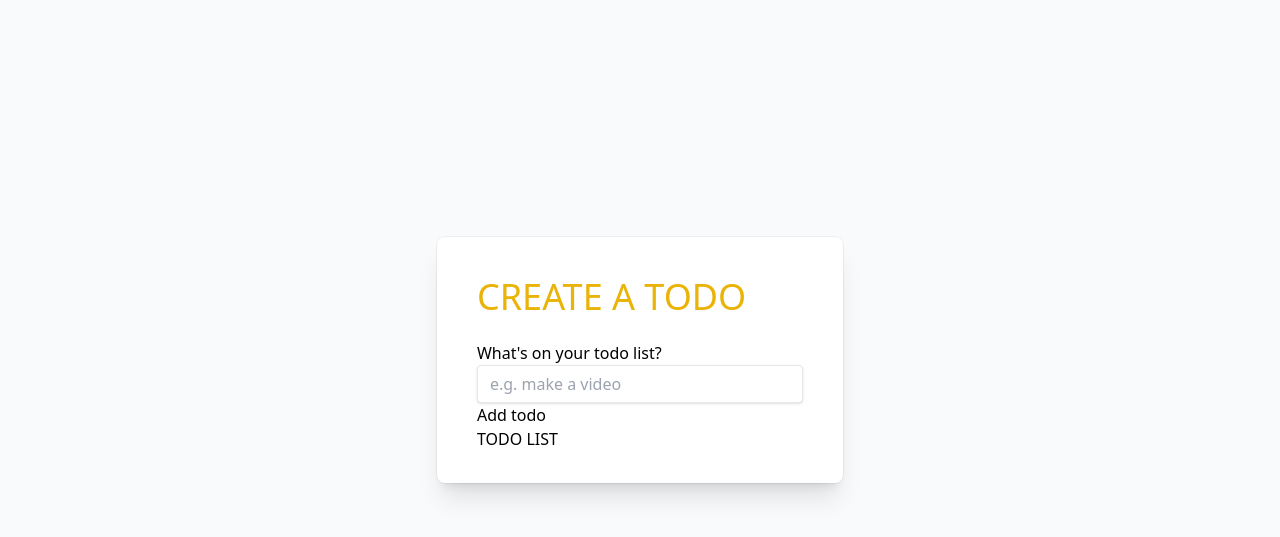
Repository: Kajo-lab/vue-todo
Page: /
The author's editor kept a copy of each file at every save. The page is drawn from the files as they stood at one save, then again after the next save.
The browser window is 1280 px wide. The pictures show the whole page.
The project was rebuilt for these pictures with package versions that can differ from the ones it lists, and the page was loaded fresh each time. Also part of the build but not shown: vite.config.js, webpack.config.js.

Above is the page before, as saved 2022-07-07 16:35:18.

### src/main.js
import { createApp } from 'vue'
import App from './App.vue'
import "./assets/tailwind.css";

createApp(App).mount('#app')

### src/App.vue
<script setup>
import { ref, onMounted, computed, watch } from 'vue'

const todos = ref([])
const name = ref('')

const input_content = ref('')

const todos_asc = computed(() => todos.value.sort((a,b) =>{
	return a.createdAt - b.createdAt
}))

watch(name, (newVal) => {
	localStorage.setItem('name', newVal)
})

watch(todos, (newVal) => {
	localStorage.setItem('todos', JSON.stringify(newVal))
}, {
	deep: true
})

const addTodo = () => {
  if (input_content.value.trim() === '') {
    return
  }

	todos.value.push({
		content: input_content.value,
		done: false,
		editable: false,
		createdAt: new Date().getTime()
	})
}

const removeTodo = (todo) => {
	todos.value = todos.value.filter((t) => t !== todo)
}

onMounted(() => {
	name.value = localStorage.getItem('name') || ''
	todos.value = JSON.parse(localStorage.getItem('todos')) || []
})
</script>

<template>

<main class="relative flex min-h-screen flex-col justify-center overflow-hidden bg-gray-50 py-6 sm:py-12">
	<div class="relative bg-white px-6 pt-10 pb-8 shadow-xl ring-1 ring-gray-900/5 sm:mx-auto sm:max-w-lg sm:rounded-lg sm:px-10">
		<section class="create-todo">
		<h1 class="text-4xl text-yellow-500 mb-6">CREATE A TODO</h1>
				<form id="new-todo-form" class="" @submit.prevent="addTodo">
					<h4>What's on your todo list?</h4>
					<input
						class="shadow appearance-none border rounded w-full py-2 px-3 text-gray-700 leading-tight focus:outline-none focus:shadow-outline"
						type="text"
						name="content"
						id="content"
						placeholder="e.g. make a video"
						v-model="input_content" />

					<input type="submit" value="Add todo" />
				</form>
		</section>

		<section class="todo-list">
				<h3>TODO LIST</h3>

				<div class="list" id="todo-list">
					<div v-for="todo in todos_asc" :key="`todo-item ${todo.done && 'done'}`">

						<div class="todo-content">
							<input type="text" v-model="todo.content" />
						</div>

						<div class="actions">
							<button class="delete" @click="removeTodo(todo)">Delete</button>
						</div>
					</div>
				</div>
		</section>
	</div>
</main>

</template>

<style src="./assets/tailwind.css"></style>

Loaded but not shown: src/assets/tailwind.css (common file); tailwind.config.js (common file)

After the next save:
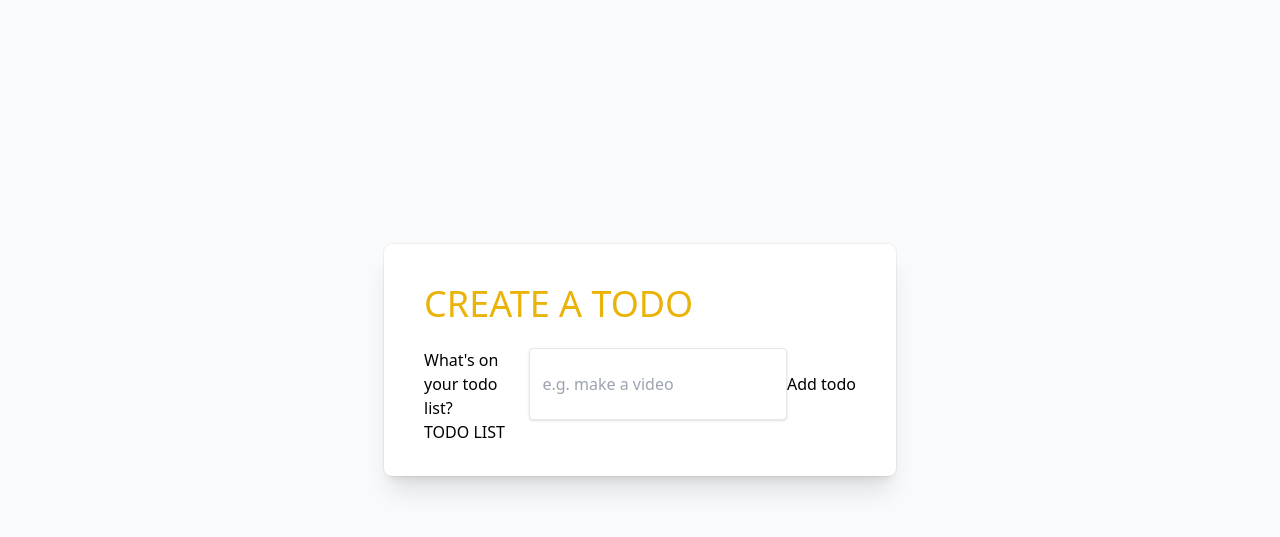
Saved 9 s later.
--- a/src/App.vue
+++ b/src/App.vue
@@ -49,7 +49,7 @@ onMounted(() => {
 	<div class="relative bg-white px-6 pt-10 pb-8 shadow-xl ring-1 ring-gray-900/5 sm:mx-auto sm:max-w-lg sm:rounded-lg sm:px-10">
 		<section class="create-todo">
 		<h1 class="text-4xl text-yellow-500 mb-6">CREATE A TODO</h1>
-				<form id="new-todo-form" class="" @submit.prevent="addTodo">
+				<form id="new-todo-form" class="flex" @submit.prevent="addTodo">
 					<h4>What's on your todo list?</h4>
 					<input
 						class="shadow appearance-none border rounded w-full py-2 px-3 text-gray-700 leading-tight focus:outline-none focus:shadow-outline"
